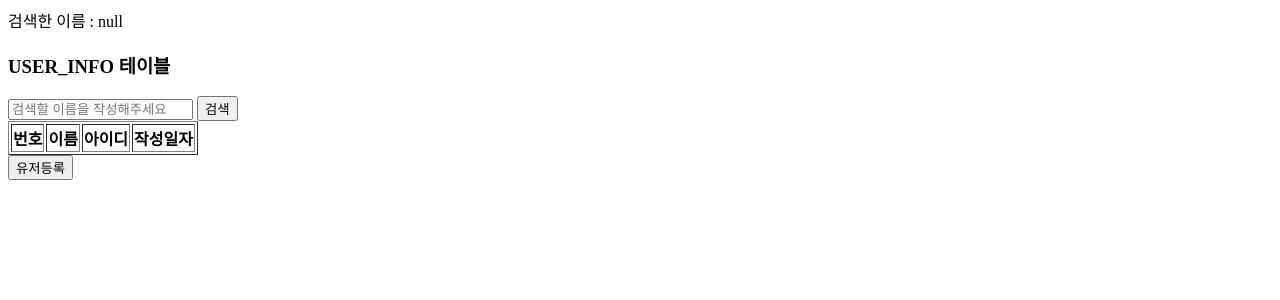
Repository: Luho0113/SpringBootStudy
Page: http://localhost/web/users.jsp
The author's editor kept a copy of each file at every save. The page is drawn from the files as they stood at one save, then again after the next save.
The browser window is 1280 px wide. The pictures show the whole page.
The page is served by Tomcat 9. Queries for data that is not in the repository find no rows.

Above is the page before, as saved 2023-05-04 01:27:56.

After the next save:
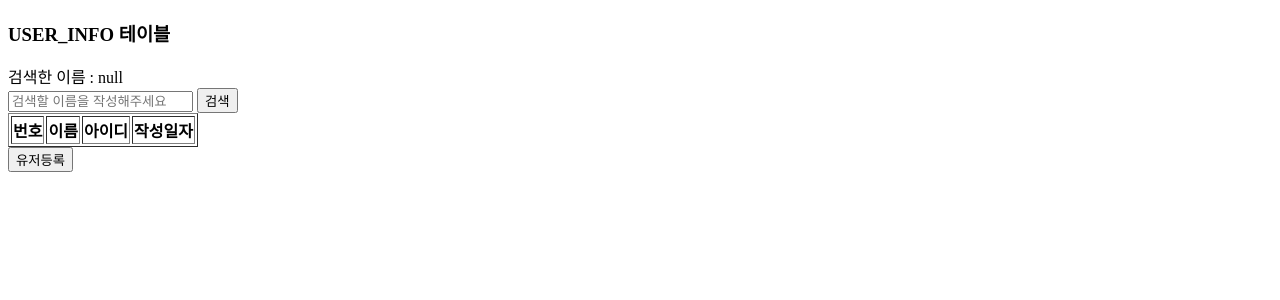
Saved 23 s later.
--- a/web/src/main/webapp/users.jsp
+++ b/web/src/main/webapp/users.jsp
@@ -27,18 +27,19 @@
 	String searchUiName = request.getParameter("uiName");
 	String sql = "SELECT UI_NUM, UI_NAME, UI_ID, UI_PWD, UI_DATE FROM USER_INFO";
 	ResultSet rs = stmt.executeQuery(sql);
+
 	if(searchUiName != null){
 		sql += " WHERE UI_NAME LIKE '%" + searchUiName + "%'";
 	}
 
 
 
-	out.println("검색한 이름 : " + searchUiName);
+
 	%>
 
 	<%
 	out.println("<h3>" + "USER_INFO 테이블" + "</h3>");
-
+	out.println("검색한 이름 : " + searchUiName);
 
 	%>
 
